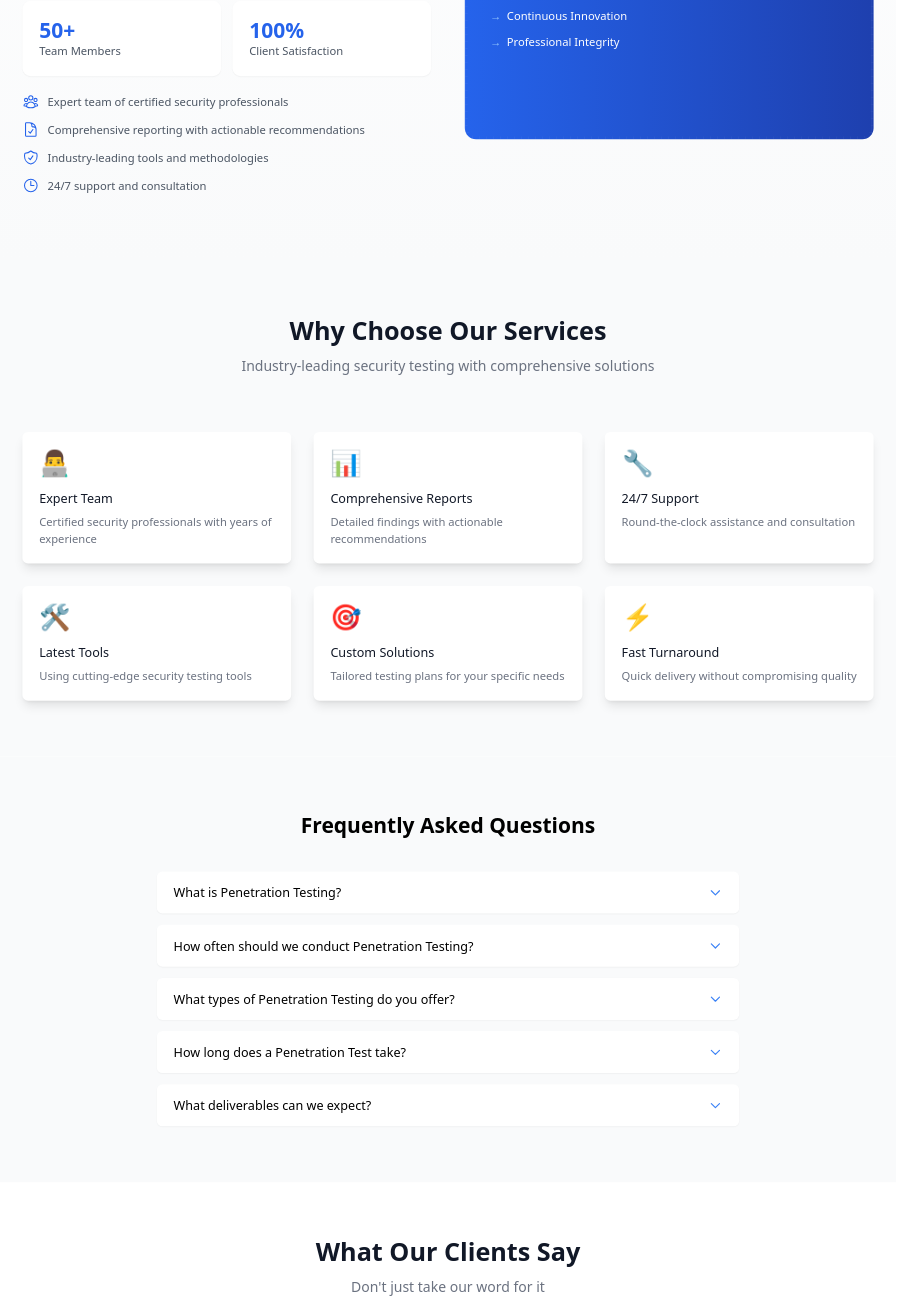
Repository: ZSayless/Penetration-test
Page: /
An editor plug-in stored every save of this project. The page is shown before and after the next save, followed by the edit.
The browser window is 1280 px wide. The page is 1308 px wide, so the pictures cover 1308 px, including what lies to the right of the window. The pictures show the part of the page from y = 4620 to 6500 px (the page is 7881 px tall before and 7517 px after), at 70% of full size.
The project was rebuilt for these pictures with package versions that can differ from the ones it lists, and the page was loaded fresh each time. The framework's server and built-in components were replaced by stand-ins that run in the browser. Also part of the build but not shown: next.config.js.

Above is the page before, as saved 2024-12-06 10:35:04.

### src/app/layout.tsx
import type { Metadata } from "next";
import Navbar from "@/components/Navbar";
import "./globals.css";

export const metadata: Metadata = {
  title: "SecureTest Pro | Enterprise Cybersecurity Solutions",
  description:
    "Leading provider of advanced penetration testing and security assessment services. Protect your enterprise with our comprehensive cybersecurity solutions and expert vulnerability analysis.",
};

export default function RootLayout({
  children,
}: {
  children: React.ReactNode;
}) {
  return (
    <html lang="en">
      <body>
        <Navbar />
        {children}
      </body>
    </html>
  );
}

### src/app/page.tsx
'use client';

import Hero from '@/components/sections/Hero';
import Services from '@/components/sections/Services';
import Process from '@/components/sections/Process';
import About from '@/components/sections/About';
import Features from '@/components/sections/Features';
import Testimonials from '@/components/sections/Testimonials';
import Contact from '@/components/sections/Contact';
import WhyPentest from '@/components/sections/WhyPentest';
import FAQ from '@/components/sections/FAQ';
import Tools from '@/components/sections/Tools';

export default function Home() {
  return (
    <main>
      <Hero />
      <Services />
      <Process />
      <WhyPentest />
      <Tools />
      <About />
      <Features />
      <FAQ />
      <Testimonials />
      <Contact />
    </main>
  );
}

### src/app/globals.css
@tailwind base;
@tailwind components;
@tailwind utilities;

html {
  scroll-padding-top: 4rem;
  scroll-behavior: smooth;
}

section {
  scroll-margin-top: 4rem;
}

@keyframes blob {
  0% { transform: translate(0px, 0px) scale(1); }
  33% { transform: translate(30px, -50px) scale(1.1); }
  66% { transform: translate(-20px, 20px) scale(0.9); }
  100% { transform: translate(0px, 0px) scale(1); }
}

.animate-blob {
  animation: blob 7s infinite;
}

.animation-delay-2000 {
  animation-delay: 2s;
}

.animation-delay-4000 {
  animation-delay: 4s;
}

.bg-grid-white {
  background-image: linear-gradient(to right, rgba(255, 255, 255, 0.1) 1px, transparent 1px),
    linear-gradient(to bottom, rgba(255, 255, 255, 0.1) 1px, transparent 1px);
}

### src/components/sections/Services.tsx
'use client';

import { motion } from 'framer-motion';
import { CheckIcon } from '@heroicons/react/24/outline';

const services = [
  {
    title: "Web Application Penetration Testing",
    description: "Comprehensive security assessment of web applications including OWASP Top 10 vulnerabilities, custom business logic testing, and API security testing.",
    features: [
      "OWASP Top 10 vulnerability assessment",
      "Business logic testing",
      "API security testing",
      "Authentication and authorization testing",
      "Session management testing"
    ]
  },
  {
    title: "Network Penetration Testing",
    description: "In-depth evaluation of network infrastructure security including internal and external network testing, wireless security assessment.",
    features: [
      "External network testing",
      "Internal network assessment",
      "Wireless network security",
      "Network device configuration review",
      "Vulnerability scanning and analysis"
    ]
  },
  {
    title: "Mobile Application Security",
    description: "Complete security assessment of mobile applications across iOS and Android platforms.",
    features: [
      "Static and dynamic analysis",
      "Data storage security testing",
      "Network communication testing",
      "Authentication mechanism review",
      "Platform-specific security checks"
    ]
  },
  {
    title: "Cloud Security Assessment",
    description: "Comprehensive evaluation of cloud infrastructure and services security.",
    features: [
      "Cloud configuration review",
      "Access control assessment",
      "Data protection evaluation",
      "Compliance verification",
      "Security monitoring review"
    ]
  }
];

export default function Services() {
  return (
    <section id="services" className="py-24 bg-gray-50">
      <div className="max-w-7xl mx-auto px-4 sm:px-6 lg:px-8">
        <motion.div
          initial={{ opacity: 0, y: 20 }}
          whileInView={{ opacity: 1, y: 0 }}
          viewport={{ once: true }}
          className="text-center mb-16"
        >
          <span className="text-blue-600 font-semibold text-sm uppercase tracking-wider">Our Services</span>
          <h2 className="mt-3 text-4xl md:text-5xl font-bold text-gray-900 leading-tight">
            Professional Security Solutions
          </h2>
          <div className="mt-4 max-w-3xl mx-auto">
            <p className="text-xl text-gray-600">
              Comprehensive security assessment services to protect your business from cyber threats
            </p>
          </div>
          <div className="mt-6 flex justify-center">
            <div className="h-1 w-20 bg-blue-600 rounded-full"></div>
          </div>
        </motion.div>

        <div className="grid grid-cols-1 lg:grid-cols-2 gap-8">
          {services.map((service, index) => (
            <motion.div
              key={index}
              initial={{ opacity: 0, y: 20 }}
              whileInView={{ opacity: 1, y: 0 }}
              viewport={{ once: true }}
              transition={{ delay: index * 0.2 }}
              className="bg-white rounded-lg shadow-sm hover:shadow-md transition-shadow duration-300 overflow-hidden"
            >
              <div className="p-8">
                <h3 className="text-2xl font-semibold text-gray-900 mb-4">
                  {service.title}
                </h3>
                <p className="text-gray-600 mb-6">
                  {service.description}
                </p>
                <ul className="space-y-3">
                  {service.features.map((feature, featureIndex) => (
                    <li key={featureIndex} className="flex items-start">
                      <CheckIcon className="h-5 w-5 text-blue-500 mt-1 flex-shrink-0" />
                      <span className="ml-3 text-gray-600">{feature}</span>
                    </li>
                  ))}
                </ul>
              </div>
            </motion.div>
          ))}
        </div>
      </div>
    </section>
  );
}

### src/components/sections/Features.tsx
export default function Features() {
  return (
    <section id="features" className="py-20 bg-gray-50">
      <div className="max-w-7xl mx-auto px-4 sm:px-6 lg:px-8">
        <div className="text-center">
          <h2 className="text-3xl font-extrabold text-gray-900 sm:text-4xl">
            Why Choose Our Services
          </h2>
          <p className="mt-4 max-w-2xl mx-auto text-xl text-gray-500">
            Industry-leading security testing with comprehensive solutions
          </p>
        </div>

        <div className="mt-20 grid grid-cols-1 gap-8 md:grid-cols-2 lg:grid-cols-3">
          {[
            {
              title: 'Expert Team',
              description: 'Certified security professionals with years of experience',
              icon: '👨‍💻',
            },
            {
              title: 'Comprehensive Reports',
              description: 'Detailed findings with actionable recommendations',
              icon: '📊',
            },
            {
              title: '24/7 Support',
              description: 'Round-the-clock assistance and consultation',
              icon: '🔧',
            },
            {
              title: 'Latest Tools',
              description: 'Using cutting-edge security testing tools',
              icon: '🛠',
            },
            {
              title: 'Custom Solutions',
              description: 'Tailored testing plans for your specific needs',
              icon: '🎯',
            },
            {
              title: 'Fast Turnaround',
              description: 'Quick delivery without compromising quality',
              icon: '⚡',
            },
          ].map((feature, index) => (
            <div
              key={index}
              className="relative bg-white p-6 rounded-lg shadow-lg hover:shadow-xl transition-all duration-300"
            >
              <div>
                <span className="text-4xl">{feature.icon}</span>
                <h3 className="mt-4 text-lg font-medium text-gray-900">
                  {feature.title}
                </h3>
                <p className="mt-2 text-gray-500">{feature.description}</p>
              </div>
            </div>
          ))}
        </div>
      </div>
    </section>
  );
}

### src/components/sections/Testimonials.tsx
export default function Testimonials() {
  return (
    <section id="testimonials" className="py-20 bg-white">
      <div className="max-w-7xl mx-auto px-4 sm:px-6 lg:px-8">
        <div className="text-center">
          <h2 className="text-3xl font-extrabold text-gray-900 sm:text-4xl">
            What Our Clients Say
          </h2>
          <p className="mt-4 max-w-2xl mx-auto text-xl text-gray-500">
            Don't just take our word for it
          </p>
        </div>

        <div className="mt-20 grid grid-cols-1 gap-8 md:grid-cols-2 lg:grid-cols-3">
          {[
            {
              quote: "The team's expertise and professionalism exceeded our expectations. They found critical vulnerabilities that could have been devastating if exploited.",
              author: "John Smith",
              role: "CTO, Tech Corp",
            },
            {
              quote: "Comprehensive testing and clear reporting helped us improve our security posture significantly. Highly recommended!",
              author: "Sarah Johnson",
              role: "Security Director, Finance Plus",
            },
            {
              quote: "Their penetration testing service is thorough and their recommendations are practical and actionable.",
              author: "Mike Williams",
              role: "IT Manager, Global Retail",
            },
          ].map((testimonial, index) => (
            <div
              key={index}
              className="bg-gray-50 p-8 rounded-lg shadow-lg hover:shadow-xl transition-all duration-300"
            >
              <p className="text-gray-600 italic">"{testimonial.quote}"</p>
              <div className="mt-6">
                <p className="text-gray-900 font-semibold">{testimonial.author}</p>
                <p className="text-gray-500">{testimonial.role}</p>
              </div>
            </div>
          ))}
        </div>
      </div>
    </section>
  );
}

### src/components/sections/WhyPentest.tsx
'use client';

import { motion } from 'framer-motion';
import {
  ShieldCheckIcon,
  LockClosedIcon,
  ClipboardDocumentCheckIcon,
  ComputerDesktopIcon,
  ArrowPathRoundedSquareIcon,
  BanknotesIcon
} from '@heroicons/react/24/outline';

const reasons = [
  {
    title: "Early Threat Detection",
    description: "Identify potential vulnerabilities early to prevent malicious attacks. This is crucial for preventing data breaches and system compromises.",
    icon: ShieldCheckIcon
  },
  {
    title: "Data Protection",
    description: "Protect critical business data and customer information to prevent reputation damage and reduce legal risks.",
    icon: LockClosedIcon
  },
  {
    title: "Regulatory Compliance",
    description: "Meet various industry regulations and legal requirements through regular security testing. Prepare for regulatory audits.",
    icon: ClipboardDocumentCheckIcon
  },
  {
    title: "Cyber Attack Simulation",
    description: "Test using real hacker techniques to strengthen your organization's defense strategies.",
    icon: ComputerDesktopIcon
  },
  {
    title: "Business Continuity",
    description: "Maintain system availability and minimize business disruption by addressing vulnerabilities through penetration testing.",
    icon: ArrowPathRoundedSquareIcon
  },
  {
    title: "Cost Reduction",
    description: "Save costs by fixing system vulnerabilities before they lead to major security incidents.",
    icon: BanknotesIcon
  }
];

export default function WhyPentest() {
  return (
    <section className="py-24 bg-white">
      <div className="max-w-7xl mx-auto px-4 sm:px-6 lg:px-8">
        <motion.div
          initial={{ opacity: 0, y: 20 }}
          whileInView={{ opacity: 1, y: 0 }}
          viewport={{ once: true }}
          transition={{ duration: 0.8 }}
          className="text-center mb-16"
        >
          <h2 className="text-2xl font-semibold text-blue-600">Why Choose Us</h2>
          <h3 className="mt-2 text-4xl font-bold text-gray-900">Key Reasons for Vulnerability Assessment & Penetration Testing</h3>
        </motion.div>

        <div className="grid grid-cols-1 md:grid-cols-2 lg:grid-cols-3 gap-8">
          {reasons.map((reason, index) => (
            <motion.div
              key={index}
              initial={{ opacity: 0, y: 20 }}
              whileInView={{ opacity: 1, y: 0 }}
              viewport={{ once: true }}
              transition={{ duration: 0.5, delay: index * 0.1 }}
              className="bg-gray-50 rounded-xl p-6 hover:shadow-xl transition-shadow duration-300"
            >
              <div className="flex items-start space-x-4">
                <div className="flex-shrink-0">
                  <div className="w-12 h-12 bg-blue-100 rounded-lg flex items-center justify-center">
                    <reason.icon className="w-6 h-6 text-blue-600" />
                  </div>
                </div>
                <div>
                  <h4 className="text-lg font-semibold text-gray-900 mb-2">{reason.title}</h4>
                  <p className="text-gray-600">{reason.description}</p>
                </div>
              </div>
            </motion.div>
          ))}
        </div>
      </div>
    </section>
  );
}

### src/components/sections/FAQ.tsx
'use client';

import { useState } from 'react';

const faqs = [
  {
    question: "What is Penetration Testing?",
    answer: "Penetration Testing is a systematic process of probing for vulnerabilities in your applications and networks. It's essentially a controlled form of security testing where we attempt to breach your systems to identify potential security gaps."
  },
  {
    question: "How often should we conduct Penetration Testing?",
    answer: "We recommend conducting penetration tests at least annually, or after any major infrastructure or application changes. Regular testing helps ensure continuous security posture."
  },
  {
    question: "What types of Penetration Testing do you offer?",
    answer: "We offer comprehensive penetration testing services including Network Penetration Testing, Web Application Testing, Mobile App Security Testing, Cloud Security Assessment, and Social Engineering Testing."
  },
  {
    question: "How long does a Penetration Test take?",
    answer: "The duration varies depending on the scope and complexity of the systems being tested. Typically, a standard penetration test can take 1-3 weeks, including planning, testing, and reporting phases."
  },
  {
    question: "What deliverables can we expect?",
    answer: "You'll receive a detailed report including an executive summary, technical findings, risk ratings, proof-of-concept demonstrations, and specific remediation recommendations. We also provide post-test consultation."
  }
];

export default function FAQ() {
  const [openIndex, setOpenIndex] = useState<number | null>(null);

  return (
    <section id="faq" className="py-20 bg-gray-50">
      <div className="max-w-4xl mx-auto px-4 sm:px-6 lg:px-8">
        <h2 className="text-3xl font-bold text-center mb-12">Frequently Asked Questions</h2>
        <div className="space-y-4">
          {faqs.map((faq, index) => (
            <div
              key={index}
              className="bg-white rounded-lg shadow-sm hover:shadow-md transition-shadow duration-300"
            >
              <button
                onClick={() => setOpenIndex(openIndex === index ? null : index)}
                className="w-full px-6 py-4 text-lg font-medium text-left flex items-center justify-between"
              >
                <span>{faq.question}</span>
                <svg
                  className={`w-5 h-5 text-blue-500 transform transition-transform duration-200 ${
                    openIndex === index ? 'rotate-180' : ''
                  }`}
                  fill="none"
                  viewBox="0 0 24 24"
                  stroke="currentColor"
                >
                  <path strokeLinecap="round" strokeLinejoin="round" strokeWidth={2} d="M19 9l-7 7-7-7" />
                </svg>
              </button>
              <div
                className={`px-6 overflow-hidden transition-all duration-200 ease-in-out ${
                  openIndex === index ? 'max-h-96 pb-4' : 'max-h-0'
                }`}
              >
                <p className="text-gray-600">{faq.answer}</p>
              </div>
            </div>
          ))}
        </div>
      </div>
    </section>
  );
}

### src/components/sections/Tools.tsx
'use client';

import { motion } from 'framer-motion';
import { CommandLineIcon, ShieldCheckIcon, GlobeAltIcon, ServerIcon, WrenchScrewdriverIcon } from '@heroicons/react/24/outline';

const tools = [
  {
    name: "Acunetix",
    description: "Advanced web vulnerability scanning",
    icon: GlobeAltIcon
  },
  {
    name: "Nessus",
    description: "Comprehensive vulnerability assessment",
    icon: ShieldCheckIcon
  },
  {
    name: "Burp Suite",
    description: "Web application security testing",
    icon: CommandLineIcon
  },
  {
    name: "Metasploit",
    description: "Penetration testing framework",
    icon: ServerIcon
  },
  {
    name: "Wireshark",
    description: "Network protocol analyzer",
    icon: WrenchScrewdriverIcon
  }
];

export default function Tools() {
  return (
    <section className="py-24 bg-white">
      <div className="max-w-7xl mx-auto px-4 sm:px-6 lg:px-8">
        <motion.div
          initial={{ opacity: 0, y: 20 }}
          whileInView={{ opacity: 1, y: 0 }}
          viewport={{ once: true }}
          className="text-center mb-16"
        >
          <h2 className="text-2xl font-semibold text-blue-600">Our Arsenal</h2>
          <h3 className="mt-2 text-4xl font-bold text-gray-900">Professional Tools & Technologies</h3>
          <p className="mt-4 text-xl text-gray-600">
            We use industry-leading security tools to ensure comprehensive testing
          </p>
        </motion.div>

        <div className="grid grid-cols-2 md:grid-cols-3 lg:grid-cols-5 gap-8">
          {tools.map((tool, index) => (
            <motion.div
              key={index}
              initial={{ opacity: 0, y: 20 }}
              whileInView={{ opacity: 1, y: 0 }}
              viewport={{ once: true }}
              transition={{ delay: index * 0.1 }}
              className="flex flex-col items-center p-6 bg-gray-50 rounded-xl hover:shadow-lg transition-shadow duration-300"
            >
              <div className="w-20 h-20 mb-4 bg-blue-100 rounded-xl flex items-center justify-center">
                <tool.icon className="w-12 h-12 text-blue-600" />
              </div>
              <h4 className="text-lg font-semibold text-gray-900">{tool.name}</h4>
              <p className="text-sm text-gray-600 text-center mt-2">{tool.description}</p>
            </motion.div>
          ))}
        </div>
      </div>
    </section>
  );
}

Loaded but not shown: tailwind.config.js (18 lines, source omitted); src/components/sections/Contact.tsx (306 lines, source omitted); src/components/sections/Hero.tsx (279 lines, source omitted); src/components/sections/About.tsx (146 lines, source omitted); src/components/sections/Process.tsx (105 lines, source omitted); src/components/Navbar.tsx (114 lines, source omitted)

After the next save:
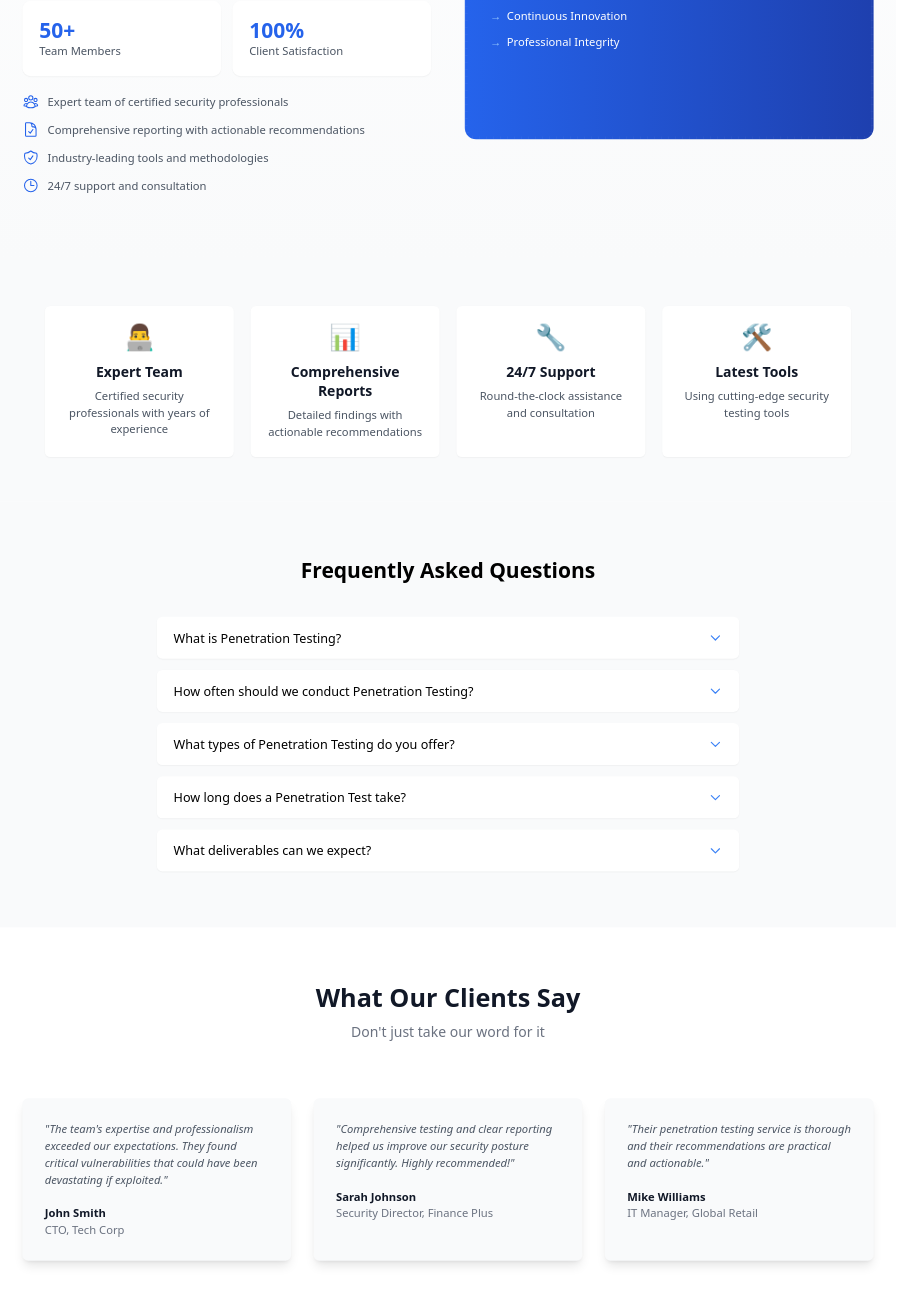
Saved 3 min 1 s later.
--- a/src/components/sections/Features.tsx
+++ b/src/components/sections/Features.tsx
@@ -1,60 +1,43 @@
 export default function Features() {
+  const features = [
+    {
+      icon: "👨‍💻",
+      title: "Expert Team",
+      description: "Certified security professionals with years of experience"
+    },
+    {
+      icon: "📊",
+      title: "Comprehensive Reports",
+      description: "Detailed findings with actionable recommendations"
+    },
+    {
+      icon: "🔧",
+      title: "24/7 Support",
+      description: "Round-the-clock assistance and consultation"
+    },
+    {
+      icon: "🛠",
+      title: "Latest Tools",
+      description: "Using cutting-edge security testing tools"
+    }
+  ];
+
   return (
-    <section id="features" className="py-20 bg-gray-50">
-      <div className="max-w-7xl mx-auto px-4 sm:px-6 lg:px-8">
-        <div className="text-center">
-          <h2 className="text-3xl font-extrabold text-gray-900 sm:text-4xl">
-            Why Choose Our Services
-          </h2>
-          <p className="mt-4 max-w-2xl mx-auto text-xl text-gray-500">
-            Industry-leading security testing with comprehensive solutions
-          </p>
-        </div>
-
-        <div className="mt-20 grid grid-cols-1 gap-8 md:grid-cols-2 lg:grid-cols-3">
-          {[
-            {
-              title: 'Expert Team',
-              description: 'Certified security professionals with years of experience',
-              icon: '👨‍💻',
-            },
-            {
-              title: 'Comprehensive Reports',
-              description: 'Detailed findings with actionable recommendations',
-              icon: '📊',
-            },
-            {
-              title: '24/7 Support',
-              description: 'Round-the-clock assistance and consultation',
-              icon: '🔧',
-            },
-            {
-              title: 'Latest Tools',
-              description: 'Using cutting-edge security testing tools',
-              icon: '🛠',
-            },
-            {
-              title: 'Custom Solutions',
-              description: 'Tailored testing plans for your specific needs',
-              icon: '🎯',
-            },
-            {
-              title: 'Fast Turnaround',
-              description: 'Quick delivery without compromising quality',
-              icon: '⚡',
-            },
-          ].map((feature, index) => (
+    <section className="py-16 bg-gray-50">
+      <div className="container mx-auto px-4">
+        <div className="grid grid-cols-1 sm:grid-cols-2 lg:grid-cols-4 gap-6 max-w-sm sm:max-w-3xl lg:max-w-6xl mx-auto">
+          {features.map((feature, index) => (
             <div
               key={index}
-              className="relative bg-white p-6 rounded-lg shadow-lg hover:shadow-xl transition-all duration-300"
+              className="bg-white rounded-lg shadow-sm p-6 text-center hover:shadow-md transition-shadow duration-300"
             >
-              <div>
-                <span className="text-4xl">{feature.icon}</span>
-                <h3 className="mt-4 text-lg font-medium text-gray-900">
-                  {feature.title}
-                </h3>
-                <p className="mt-2 text-gray-500">{feature.description}</p>
-              </div>
+              <div className="text-4xl mb-4">{feature.icon}</div>
+              <h3 className="text-xl font-semibold mb-2 text-gray-900">
+                {feature.title}
+              </h3>
+              <p className="text-gray-600">
+                {feature.description}
+              </p>
             </div>
           ))}
         </div>
